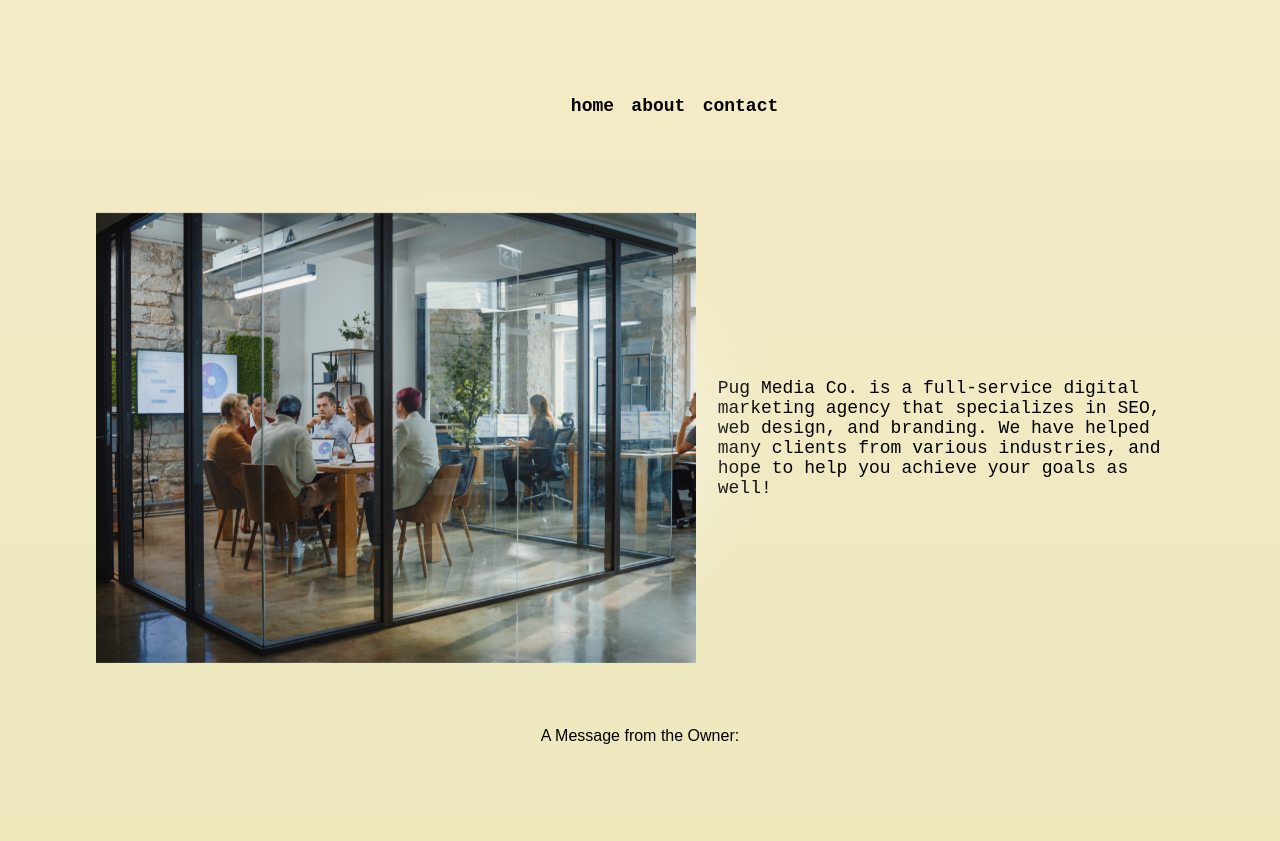
Repository: cheungglenda/MDIA2109-Week3
Page: /
The author's editor kept a copy of each file at every save. The page is drawn from the files as they stood at one save, then again after the next save.
The browser window is 1280 px wide. The pictures show the whole page.
The project was rebuilt for these pictures with package versions that can differ from the ones it lists, and the page was loaded fresh each time. The framework's server and built-in components were replaced by stand-ins that run in the browser. Also part of the build but not shown: next.config.js, components/Card/index.js.

Above is the page before, as saved 2023-01-20 18:57:50.

### pages/index.js
import Head from 'next/head'
import Image from 'next/image'
import { Inter } from '@next/font/google'
import styles from '@/styles/Home.module.css'
import data from '../data/education.json'
import { useState } from 'react'
import Card from '../components/Card'
import Link from 'next/link'

const inter = Inter({ subsets: ['latin'] })

export default function Home() {

  /** ([...data]) enters the data in the useState and is calling that info. the useState has all the data from the education.json file */
  const [information, setInformation] = useState([...data])
  console.log(data);

  return (
    <>
      <Head>
        <title>Pug Media Co.</title>
        <meta name="description" content="Full-service digital marketing agency" />
        <meta name="viewport" content="width=device-width, initial-scale=1" />
        <link rel="icon" href="/favicon.ico" />
      </Head>
      <main className={styles.main}>
        <div className={styles.buttons}>
      <Link href="/" className={styles.links}>Home</Link>
      <Link href="../about" className={styles.links}>About</Link>
      <Link href="/" className={styles.links}>Contact</Link>
        </div>

        <div className={styles.center}>
          <Image
            className={styles.logo}
            src="/office.jpeg"
            width={600}
            height={450}
          />
          <div className={styles.homeDesc}>
            Pug Media Co. is a full-service digital marketing agency that specializes in SEO, web design, and branding. We have helped many clients from various industries, and hope to help you achieve your goals as well!
          </div>
        </div>


        <div className={styles.grid}>
          <div>A Message from the Owner:</div>

        </div>
      </main>
    </>
  )
}

/** .toLowerCase() is input when you don't want to worry about case sensitivity */

### styles/Home.module.css
.main {
  display: flex;
  flex-direction: column;
  justify-content: space-between;
  align-items: center;
  padding: 6rem;
  font-family:arial;
  min-height: 100vh;
  background-image: linear-gradient(rgb(245, 235, 200), rgb(236, 232, 188));

}

.buttons {
  display: flex;
  flex-direction:row;
  justify-content: space-evenly;
  margin-bottom:3%;
}

.links:hover {
  text-decoration:underline;
}

.links {
  font-size: 18px;
  max-width: var(--max-width);
  width: 100%;
  font-weight:900;
  font-family: 'Courier New', Courier, monospace;
  text-transform:lowercase;
  padding-left:10%;
}

.description {
  display: inherit;
  justify-content: inherit;
  align-items: inherit;
  font-size: 15px;
  max-width: var(--max-width);
  width: 100%;
  font-family: var(--font-mono);
}

.homeDesc {
  font-size: 18px;
  font-family:'Courier New', Courier, monospace;
  margin-left:2%;
}

.description a {
  display: flex;
  justify-content: center;
  align-items: center;
  gap: 0.5rem;
}

.description p {
  position: relative;
  margin: 0;
  padding: 1rem;
  background-color: rgba(var(--callout-rgb), 0.5);
  border: 1px solid rgba(var(--callout-border-rgb), 0.3);
  border-radius: var(--border-radius);
}

.code {
  font-weight: 700;
  font-family: var(--font-mono);
}

.meetTitle {
  font-size: 50px;
  font-weight:700;
  text-transform:lowercase;
  font-family:'Courier New', Courier, monospace;
  text-align:center;
}

.grid {
  display: flex;
  justify-content:center;
  width: var(--max-width);
  max-width: 100%;
  align-items:center;
  flex: 1;
}

.card {
  padding: 1rem 1.2rem;
  border-radius: var(--border-radius);
  background: rgba(var(--card-rgb), 0);
  border: 1px solid rgba(var(--card-border-rgb), 0);
  transition: background 200ms, border 200ms;
}

.card span {
  display: inline-block;
  transition: transform 200ms;
}

.info {
  font-family:Arial, Helvetica, sans-serif;
}

.card h2 {
  font-weight: 600;
  margin-bottom: 0.7rem;
}

.card p {
  margin: 0;
  opacity: 0.6;
  font-size: 0.9rem;
  line-height: 1.5;
  max-width: 30ch;
}


.employees {
  display:flex;
  gap:20px;
  width: 80%;
  text-align:center;
  font-family:'Courier New', Courier, monospace;
}

.titleDesc {
  font-size:16px;
  margin-bottom:3%;
}

.center {
  display: flex;
  justify-content: center;
  align-items: center;
  position: relative;
  padding: 4rem 0;
}

.center::before {
  background: var(--secondary-glow);
  border-radius: 50%;
  width: 480px;
  height: 360px;
  margin-left: -400px;
}

.center::after {
  background: var(--primary-glow);
  width: 240px;
  height: 180px;
  z-index: -1;
}

.center::before,
.center::after {
  content: '';
  left: 50%;
  position: absolute;
  filter: blur(45px);
  transform: translateZ(0);
}

.logo,
.thirteen {
  position: relative;
  object-fit:cover;
}

.thirteen {
  display: flex;
  justify-content: center;
  align-items: center;
  width: 75px;
  height: 75px;
  padding: 25px 10px;
  margin-left: 16px;
  transform: translateZ(0);
  border-radius: var(--border-radius);
  overflow: hidden;
  box-shadow: 0px 2px 8px -1px #0000001a;
}

.thirteen::before,
.thirteen::after {
  content: '';
  position: absolute;
  z-index: -1;
}

/* Conic Gradient Animation */
.thirteen::before {
  animation: 6s rotate linear infinite;
  width: 200%;
  height: 200%;
  background: var(--tile-border);
}

/* Inner Square */
.thirteen::after {
  inset: 0;
  padding: 1px;
  border-radius: var(--border-radius);
  background: linear-gradient(
    to bottom right,
    rgba(var(--tile-start-rgb), 1),
    rgba(var(--tile-end-rgb), 1)
  );
  background-clip: content-box;
}

/* Enable hover only on non-touch devices */
@media (hover: hover) and (pointer: fine) {
  .card:hover {
    background: rgba(var(--card-rgb), 0.1);
    border: 1px solid rgba(var(--card-border-rgb), 0.15);
  }

  .card:hover span {
    transform: translateX(4px);
  }
}

@media (prefers-reduced-motion) {
  .thirteen::before {
    animation: none;
  }

  .card:hover span {
    transform: none;
  }
}

/* Mobile */
@media (max-width: 700px) {
  .content {
    padding: 4rem;
  }

  .grid {
    grid-template-columns: 1fr;
    margin-bottom: 120px;
    max-width: 320px;
    text-align: center;
  }

  .card {
    padding: 1rem 2.5rem;
  }

  .card h2 {
    margin-bottom: 0.5rem;
  }

  .center {
    padding: 8rem 0 6rem;
  }

  .center::before {
    transform: none;
    height: 300px;
  }

  .description {
    font-size: 0.8rem;
  }

  .description a {
    padding: 1rem;
  }

  .description p,
  .description div {
    display: flex;
    justify-content: center;
    position: fixed;
    width: 100%;
  }

  .description p {
    align-items: center;
    inset: 0 0 auto;
    padding: 2rem 1rem 1.4rem;
    border-radius: 0;
    border: none;
    border-bottom: 1px solid rgba(var(--callout-border-rgb), 0.25);
    background: linear-gradient(
      to bottom,
      rgba(var(--background-start-rgb), 1),
      rgba(var(--callout-rgb), 0.5)
    );
    background-clip: padding-box;
    backdrop-filter: blur(24px);
  }

  .description div {
    align-items: flex-end;
    pointer-events: none;
    inset: auto 0 0;
    padding: 2rem;
    height: 200px;
    background: linear-gradient(
      to bottom,
      transparent 0%,
      rgb(var(--background-end-rgb)) 40%
    );
    z-index: 1;
  }
}

/* Tablet and Smaller Desktop */
@media (min-width: 701px) and (max-width: 1120px) {
  .grid {
    grid-template-columns: repeat(2, 50%);
  }
}

@media (prefers-color-scheme: dark) {

  .main {
    background-image: linear-gradient(rgb(51, 65, 14), rgb(169, 169, 110));
  }

  .vercelLogo {
    filter: invert(1);
  }

  .meetTitle {
    color:white;
  }

  .titleDesc {
    color:white;
  }

  .links {
    color: white;
  }

  .employees {
    color: black;
  }
}

@keyframes rotate {
  from {
    transform: rotate(360deg);
  }
  to {
    transform: rotate(0deg);
  }
}

### data/education.json
[
        {
            "studentNumber": "A0004567",
            "firstName": "Person 1",
            "gpa": 3.8,
            "department": "Business",
            "degree": "Finance",
            "graduted": 2014
        },
        {
            "studentNumber": "A0001234",
            "firstName": "Person 2",
            "gpa": 3.5,
            "department": "Business",
            "degree": "Accounting",
            "graduted": 2010
        },
        {
            "studentNumber": "A0007890",
            "firstName": "Person 3",
            "gpa": 3.2,
            "department": "Computing",
            "degree": "Applied Software Development Certificate",
            "graduted": 2018
        },
        {
            "studentNumber": "A0007828",
            "firstName": "Person 4",
            "gpa": 3.9,
            "department": "Computing",
            "degree": "Computer Systems Diploma",
            "graduted": 2021
        },
        {
            "studentNumber": "A0003425",
            "firstName": "Person 5",
            "gpa": 3.2,
            "department": "Computing",
            "degree": "Applied Computer Information Systems Certificate",
            "graduted": 2021
        }
]

Loaded but not shown: pages/_app.js (common file); pages/_document.js (common file); pages/api/hello.js (common file); styles/globals.css (common file)

After the next save:
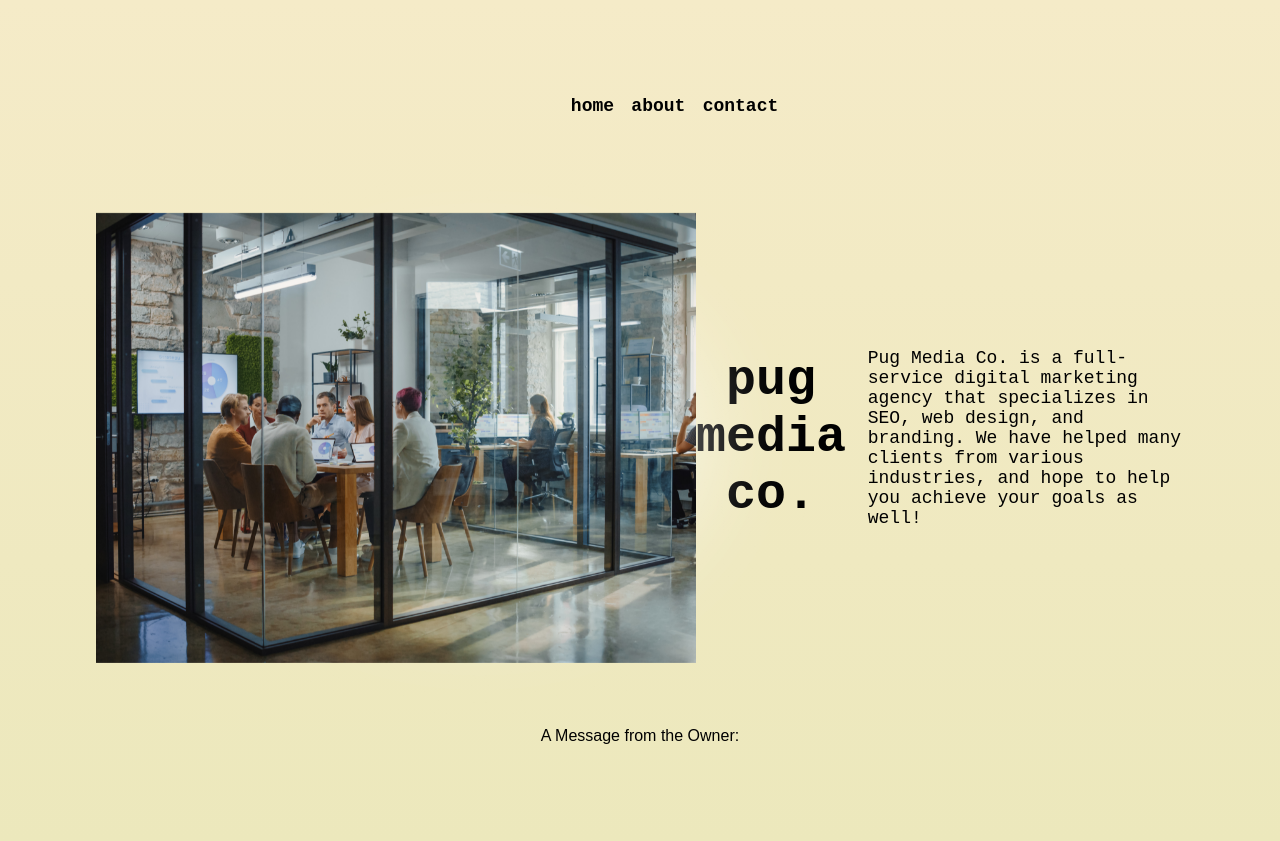
Saved 27 s later.
--- a/pages/index.js
+++ b/pages/index.js
@@ -37,6 +37,7 @@ export default function Home() {
             width={600}
             height={450}
           />
+          <div className={styles.meetTitle}>Pug Media Co.</div>
           <div className={styles.homeDesc}>
             Pug Media Co. is a full-service digital marketing agency that specializes in SEO, web design, and branding. We have helped many clients from various industries, and hope to help you achieve your goals as well!
           </div>
